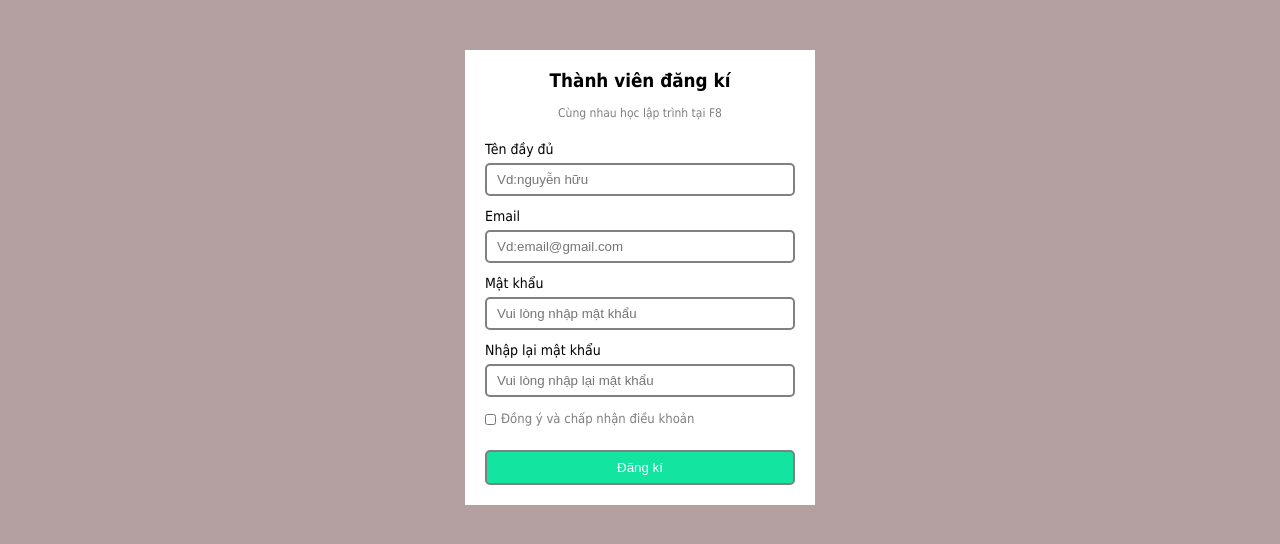
Repository: HuunvDev/Validator
Page: index.html
The author's editor kept a copy of each file at every save. The page is drawn from the files as they stood at one save, then again after the next save.
The browser window is 1280 px wide. The pictures show the whole page.
Some web libraries are served in a nearby version.

Above is the page before, as saved 2022-08-20 16:38:50.

### index.html
<!DOCTYPE html>
<html lang="en">
<head>
    <meta charset="UTF-8">
    <meta http-equiv="X-UA-Compatible" content="IE=edge">
    <meta name="viewport" content="width=device-width, initial-scale=1.0">
    <title>validator</title>
    <link rel="stylesheet" href="style.css">
    <link rel="stylesheet" href="https://use.fontawesome.com/releases/v5.1.1/css/all.css" integrity="sha384-O8whS3fhG2OnA5Kas0Y9l3cfpmYjapjI0E4theH4iuMD+pLhbf6JI0jIMfYcK3yZ" crossorigin="anonymous">
</head>
<body>
    <div class="main">
        <form action="" method="POST" class="form" id="form-1">
            <h3 class="heading">Thành viên đăng kí</h3>
            <p class="desc">Cùng nhau học lập trình tại F8</p>
            <div class="pacer"></div>
            <div class="form-group">
                <label for="fullName" class="form-lable">Tên đầy đủ</label><br>
                <input type="text" id="fullName" name="fullName" placeholder="Vd:nguyễn hữu"><br>
                <!-- <i class="fas fa-exclamation-triangle warning"></i> -->
                <span class="form-message">
                </span>
            </div>
            <div class="form-group">
                <label for="email" class="form-lable">Email</label><br>
                <input type="text" id="email" name="email" placeholder="Vd:email@gmail.com"><br>
                <span class="form-message"></span>
            </div>
            <div class="form-group">
                <label for="password" class="form-lable">Mật khẩu</label><br>
                <input type="password" id="password" name="password" placeholder="Vui lòng nhập mật khẩu"><br>
                <span class="form-message"></span>
            </div>
            <div class="form-group">
                <label for="password_confirmation" class="form-lable">Nhập lại mật khẩu</label><br>
                <input type="password" id="password_confirmation" name="password_confirmation" placeholder="Vui lòng nhập lại mật khẩu"><br>
                <span class="form-message"></span>
            </div>
                <input type="checkbox" name ="condition" id ="condition">
                <span class="agree">Đồng ý và chấp nhận điều khoản</span>

           <button class="form-submit" type="submit">Đăng kí</button>
        </form>
    </div>
    <script src="Validator.js"></script>
    <script>
        //mong muốn nhận được
        validator({
            form: '#form-1',
            formGroupSelector:'.form-group',
            errorSelector:'.form-message',
            rules: [
                validator.isRequired('#fullName','Vui lòng nhập tên đầy đủ'),
               //validator.isCondition('#condition'),
                validator.isEmail('#email'),
                validator.minLength('#password',6),
                validator.isRequired('#password_confirmation'),
                validator.isConfirmed('#password_confirmation', function(){
                    return document.querySelector('#form-1 #password').value;
                },'Giá trị nhập vào không chính xác'),
            ],
            onSubmit : function(data){
                console.log(data);
            }
        })
    </script>
</body>
</html>

### style.css

*{
    margin:0;
    padding:0;
    overflow: hidden;
    box-sizing: border-box;
}
body{
    background-color:rgb(180, 160, 160);
}
.main {
    width: 350px;
    box-shadow: 0 0 0 rgb(0 0 0 / 10%);
    margin: auto;
    margin-top: 50px;
    padding: 20px;
    background-color: #fff;
    font-family: tahoma;
}
h3.heading {
    text-align: center;
}
p.desc {
    text-align: center;
    font-size: 12px;
    color: grey;
    padding: 15px 0;
}
.form-group {
    padding: 6px 0;
}

label.form-lable {
    font-size: 14px;
    margin-bottom: -13px;
    display: block;
}
input {
    width:100%;
    height: 33px;
    outline: none;
    border:2px solid grey;
    padding: 0 10px;
    border-radius:5px;
}
input:hover{
    border-color: rgb(23 220 220);
}
button{
    padding:8px 0;
    width:100%;
    background-color: rgb(19 229 161);
    margin-top:10px;
    border-radius:5px;
    color:#fff;
    border:2px solid grey;
}
span.form-message {
    font-size: 12px;
}
.invalid input{
    border-color:red;
}
.invalid span.form-message{
    color:red;
}
.warning{
    font-size:11px;
    color:red;
}
input#condition {
    width: 11px;
}

span.agree {
    font-size: 13px;
    color: grey;
    position: absolute;
    transform: translateY(8px);
    padding: 0 5px;
}

### Validator.js
//constractor function
function validator(options){

    function getParent (element,selector){
        while(element.parentElement){
            if(element.parentElement.matches(selector)){
                return element.parentElement;
            }
            element = element.parentElement;
        }
    }
    var selectorRules ={};
//hàm thực hiên validate
    function validate(inputElement,rules){
        var errorElement = getParent(inputElement, options.formGroupSelector).querySelector(options.errorSelector);
        var errorMessage;
        //lấy ra các rules của selector
        var rules = selectorRules[rules.selector];
        //lặp qua từng rules và check
        //nếu có lỗi dừng việc kiểm tra
        for (var i = 0; i < rules.length;i++){

            switch(inputElement.type){
                case 'checkbox':
                    errorMessage= rules[i](formElement.querySelector(rules.selector + ':checked'));
                    break;
                default:
                    errorMessage= rules[i](inputElement.value);
            }

            if(errorMessage) break;
        }
                //lấy value của ô input:inputElement.value;
                //test function : rules.test;
               // var errorMessage = rules.test(inputElement.value);
                //lấy ra thẻ cha của nó từ thẻ con:inputElement.parentElement,
                //lấy ra  đúng phần tử con của thẻ to mà mình muốn lấy:
                //inputElement.parentElement.querySelector('form-message');
                if(errorMessage){
                 //errorElement.innerText = errorMessage;
                 errorElement.innerHTML = `<i class="fas fa-exclamation-triangle warning"></i> ${errorMessage}`;
                 getParent(inputElement, options.formGroupSelector).classList.add('invalid');
                }else{
                 errorElement.innerText = " ";
                 getParent(inputElement, options.formGroupSelector).classList.remove('invalid');
                }

                return !errorMessage;
    }
    //lấy element của form cần validate
    var formElement = document.querySelector(options.form);

    if(formElement){
        //loại bỏ hành vi mặc định của submit
        formElement.onsubmit = function(e){
            e.preventDefault();

            var isFormValid = true;
            //thực hiện lặp qua từng rules và validate
            options.rules.forEach( function (rules){
                var inputElement = formElement.querySelector(rules.selector);
                 var isValid = validate(inputElement,rules);
                 if(!isValid){
                    isFormValid =  false;
                 }
            });

            if(isFormValid){
                //trường hợp submit với js
             if( typeof options.onSubmit ==='function'){
                var enableInputs = formElement.querySelectorAll('[name]:not([disabled])');//lấy ra tất cả các phần tử có attribute là name và ko lấy các phần tử  bị disabled( có nghĩa là bị ẩn đi ko cho người dùng tương tác);
                var formValues = Array.from(enableInputs).reduce(function(values,input){
                    values[input.name] = input.value;
                    return  values;
                },{});
                options.onSubmit(formValues);
             }//trường hợp submit mặc định của trình duyệt
             else{
                formElement.submit();
             }
            }
        }
        //lặp qua mỗi rules và lắng nghe sự kiện
       options.rules.forEach( function (rules){
        //lưu lại các rules cho mỗi input
        if(Array.isArray( selectorRules[rules.selector])){
            selectorRules[rules.selector].push( rules.test);
        }else{
            selectorRules[rules.selector] = [rules.test];
        }

        var inputElement = formElement.querySelector(rules.selector);
        if(inputElement){
            //xử lí trường hợp blur khỏi thẻ input
            inputElement.onblur = function(){
               validate(inputElement,rules);
            }

            // xử lí khi người dùng nhập dữ liệu
            inputElement.oninput = function(){
                var errorElement = inputElement.parentElement.querySelector(options.errorSelector);
                errorElement.innerText = " ";
                getParent(inputElement, options.formGroupSelector).classList.remove('invalid');
            }
        }
       });
    }
}
//định nghĩa các rules
//nguyên tắc của các rules:
//1.khi có lỗi thì trả ra message lỗi
//2.khi hợp lệ thì clear lỗi
validator.isRequired = function (selector,message){
    return {
        selector: selector,
        test: function (value){
            return value.trim() ? undefined : message || "Vui lòng nhập trường này";
        }
    }
}
validator.isEmail = function (selector,message){
    return {
        selector: selector,
        test: function (value){
            var regex = /^\w+([\.-]?\w+)*@\w+([\.-]?\w+)*(\.\w{2,3})+$/;
            return regex.test(value)? undefined : message ||"Trường này phải là email";
        }
    }
}

validator.minLength = function (selector,min,message){
    return {
        selector: selector,
        test: function (value){
            return value.length >= min ? undefined :message ||`Vui lòng nhập tối thiểu ${min} kí tự`;
        }
    }
}

validator.isConfirmed = function(selector,getConfirmValue,message){
    return {
        selector:selector,
        test : function(value){
            return value === getConfirmValue() ? undefined : message ||'Mật khẩu nhập lại không chính xác';
        }
    }
}
validator.isCondition = function(selector,getConfirmValue,message){
    return {
        selector:selector,
        test : function(value){
            return value === getConfirmValue() ? undefined : message ||'Mật khẩu nhập lại không chính xác';
        }
    }
}

After the next save:
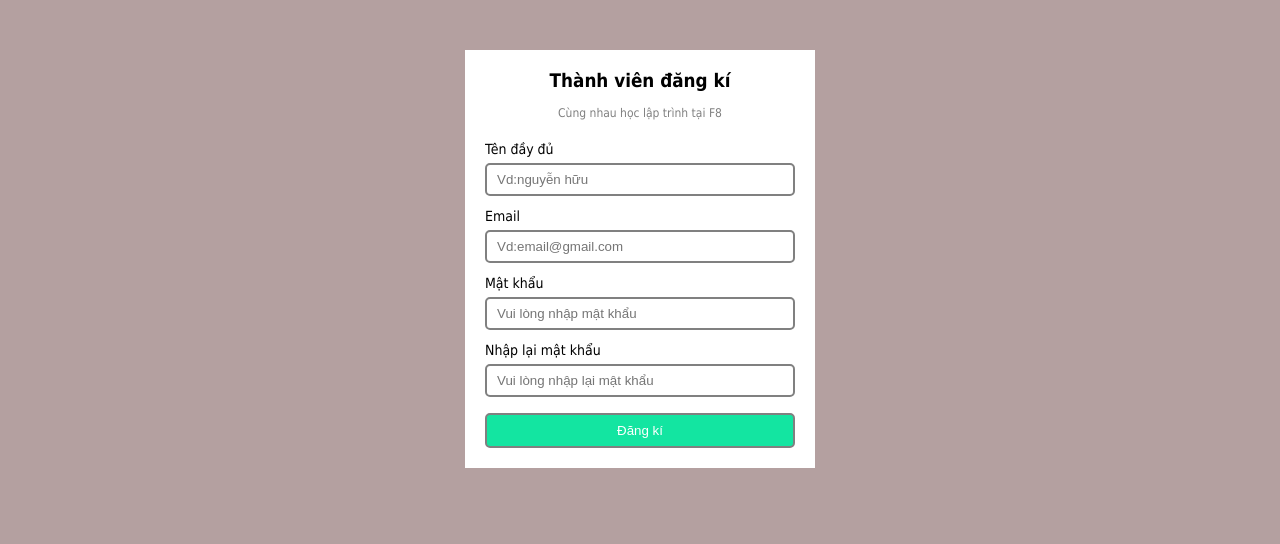
Saved 6 s later.
--- a/index.html
+++ b/index.html
@@ -36,8 +36,8 @@
                 <input type="password" id="password_confirmation" name="password_confirmation" placeholder="Vui lòng nhập lại mật khẩu"><br>
                 <span class="form-message"></span>
             </div>
-                <input type="checkbox" name ="condition" id ="condition">
-                <span class="agree">Đồng ý và chấp nhận điều khoản</span>
+                <!-- <input type="checkbox" name ="condition" id ="condition">
+                <span class="agree">Đồng ý và chấp nhận điều khoản</span> -->
 
            <button class="form-submit" type="submit">Đăng kí</button>
         </form>
